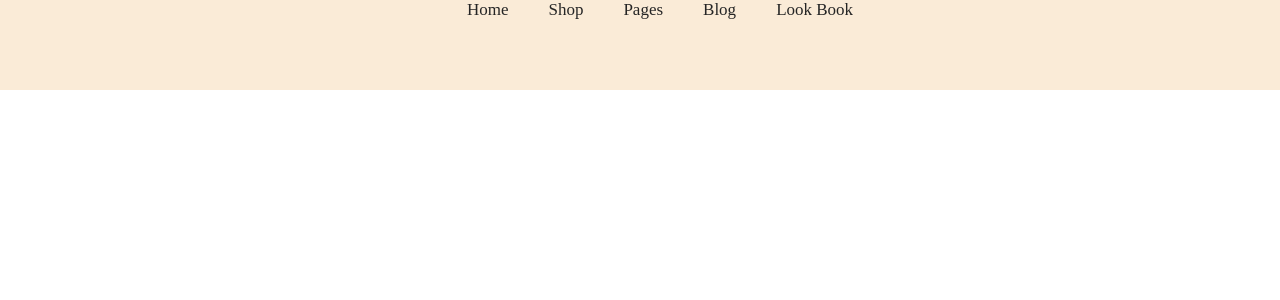
Repository: MorgunovaAlexandra/beauti
Page: index.html
The author's editor kept a copy of each file at every save. The page is drawn from the files as they stood at one save, then again after a run of saves.
The browser window is 1280 px wide. The pictures show the whole page.

Above is the page before, as saved 2022-08-24 12:02:43.

### index.html
<!DOCTYPE html>
<html lang="en">
<head>
    <meta charset="UTF-8">
    <meta http-equiv="X-UA-Compatible" content="IE=edge">
    <meta name="viewport" content="width=device-width, initial-scale=1.0">
    <link rel="stylesheet" href="./style.css">
    <title>Document</title>
</head>
<body>
    <div class="wrapper">
        <header class="header">
            <div class="header-container _container">
            <nav class="dws-menu">
                <ul class="menu-list">
                    <li><a href="#"><i class="fa fa-"></i>Home</a></li>
                    <li><a href="#"><i class="fa fa-"></i>Shop</a></li>
                    <li><a href="#"><i class="fa fa-"></i>Pages</a></li>
                    <li><a href="#"><i class="fa fa-"></i>Blog</a></li>
                    <li><a href="#"><i class="fa fa-"></i>Look Book</a></li>
                </ul>

            </nav>
            </div>
        </header>
    </div>
</body>
</html>

### style.css
* {
	margin: 0;
	padding: 0;
	border: 0;
	box-sizing: border-box;
}
:before,:after{
	padding: 0;
	margin: 0;
	border: 0;
	box-sizing: border-box;
}
html,body{
	height: 100%;
    font-family: 'SofiaProRegular';
	font-size: 18px;
	font-weight: 400;
}

.wrapper{
	width: 100%;
	overflow: hidden;

}
._container{
	max-width: 1170px;
	margin: 0px auto;
	padding: 0px 10px;
}
._container{
	max-width: 1170px;
	margin: 0px auto;
	padding: 0px 10px;
}
/*--------------------------*/
.header {
	font-family: 'TTCommons-Medium';
	position: absolute;/*---------изменено-----------------*/
	width: 100%;
	top: 0;
	left: 0;
	z-index: 50;
	font-size: 17px;
    height: 90px;
    background-color: antiquewhite;

}
.menu-list{
    display: flex;
    justify-content: center;
    align-items: center;
    height: 100%;
}
a{
    text-decoration: none;
    color:rgb(37, 37, 37);
    margin-left: 40px;
}
li{
    list-style: none;

}

After the next 2 saves:
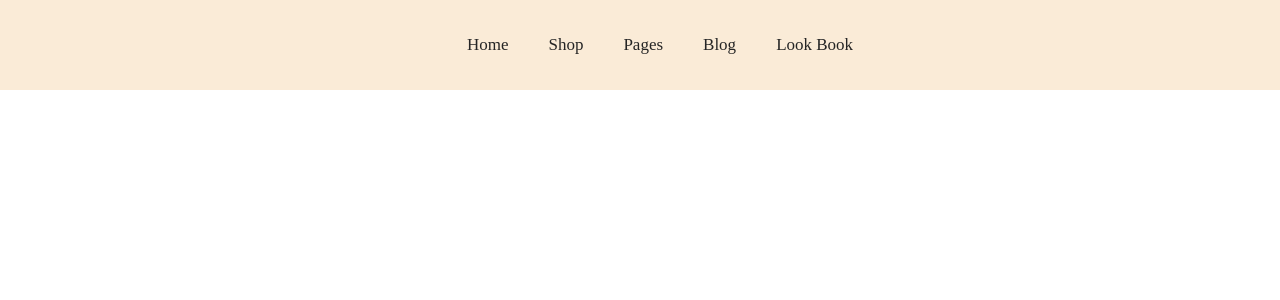
The 2 saves are shown as one change because they came seconds apart.
The last was saved 25 s later.
--- a/style.css
+++ b/style.css
@@ -49,7 +49,7 @@ html,body{
     display: flex;
     justify-content: center;
     align-items: center;
-    height: 100%;
+    height: 90px;
 }
 a{
     text-decoration: none;
